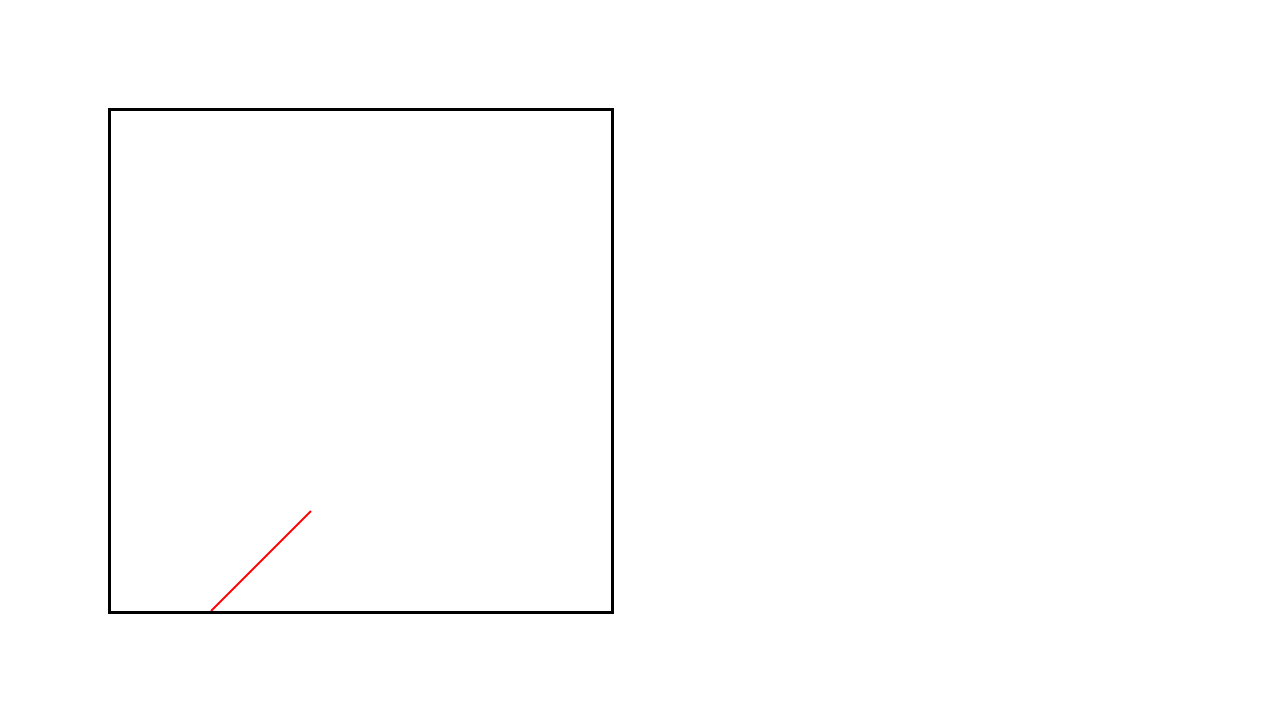
Repository: MagedElRefaey/Audio-Player-Project
Page: Thumbnail/Task2.html
The author's editor kept a copy of each file at every save. The page is drawn from the files as they stood at one save, then again after the next save.
The browser window is 1280 px wide. The pictures show the whole page.

Above is the page before, as saved 2024-09-11 22:09:27.

### Thumbnail/Task2.html
<!DOCTYPE html>
<html lang="en">
<head>
    <link rel ="stylesheet" href="./task2.css">
    <meta charset="UTF-8">
    <meta name="viewport" content="width=device-width, initial-scale=1.0">
    <title>Document</title>
</head>
<body>
    <canvas id="Mycanvas" width="500" height="500"></canvas>
    <script src="./Task2.js"></script>
</body>
</html>

### Thumbnail/task2.css
canvas{
    margin :100px;
    border:3px solid black;
}

### Thumbnail/Task2.js
var canvas = document.getElementById("Mycanvas");

var ctx = canvas.getContext("2d");

ctx.lineWidth = 2;
ctx.strokeStyle = "red";
ctx.beginPath();
ctx.moveTo(100,500);
ctx.lineTo(200,400)
// ctx.moveTo(100,20);
// ctx.lineTo(200,160)
// // ctx.moveTo(200,160);
// ctx.lineTo(160,)
ctx.stroke()

After the next save:
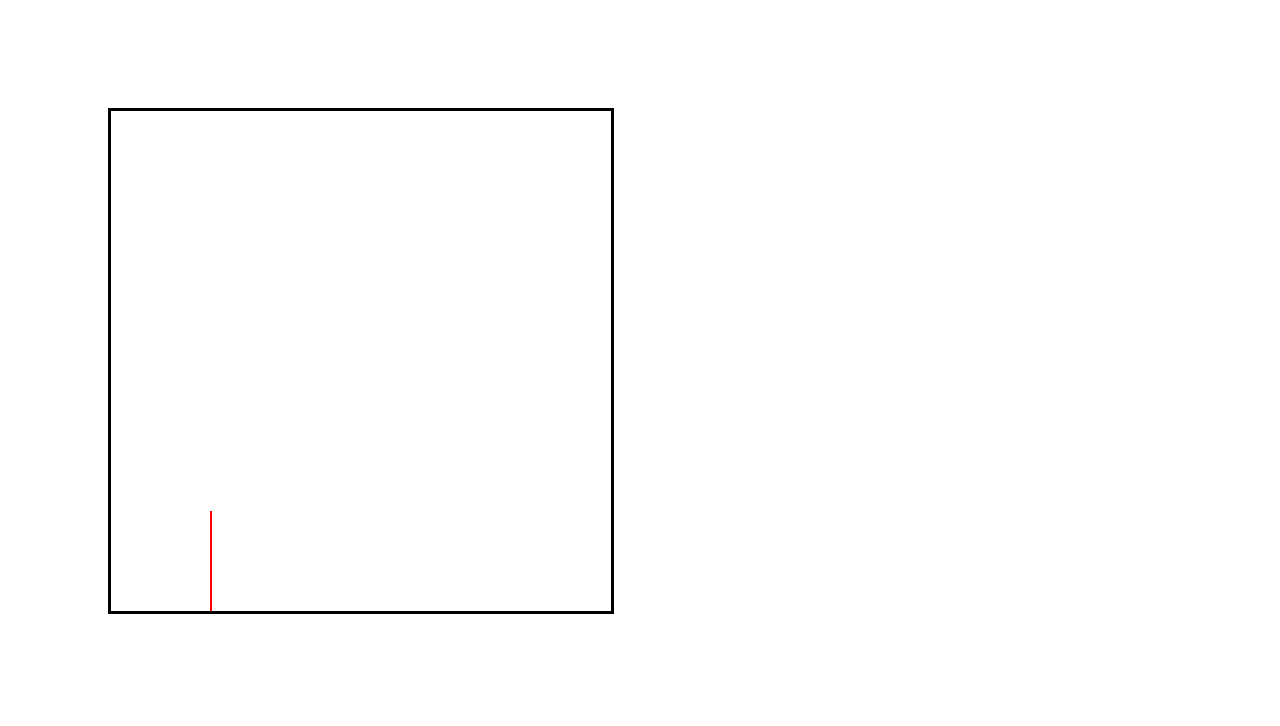
Saved 4 s later.
--- a/Thumbnail/Task2.js
+++ b/Thumbnail/Task2.js
@@ -6,7 +6,7 @@
 ctx.strokeStyle = "red";
 ctx.beginPath();
 ctx.moveTo(100,500);
-ctx.lineTo(200,400)
+ctx.lineTo(100,400)
 // ctx.moveTo(100,20);
 // ctx.lineTo(200,160)
 // // ctx.moveTo(200,160);
